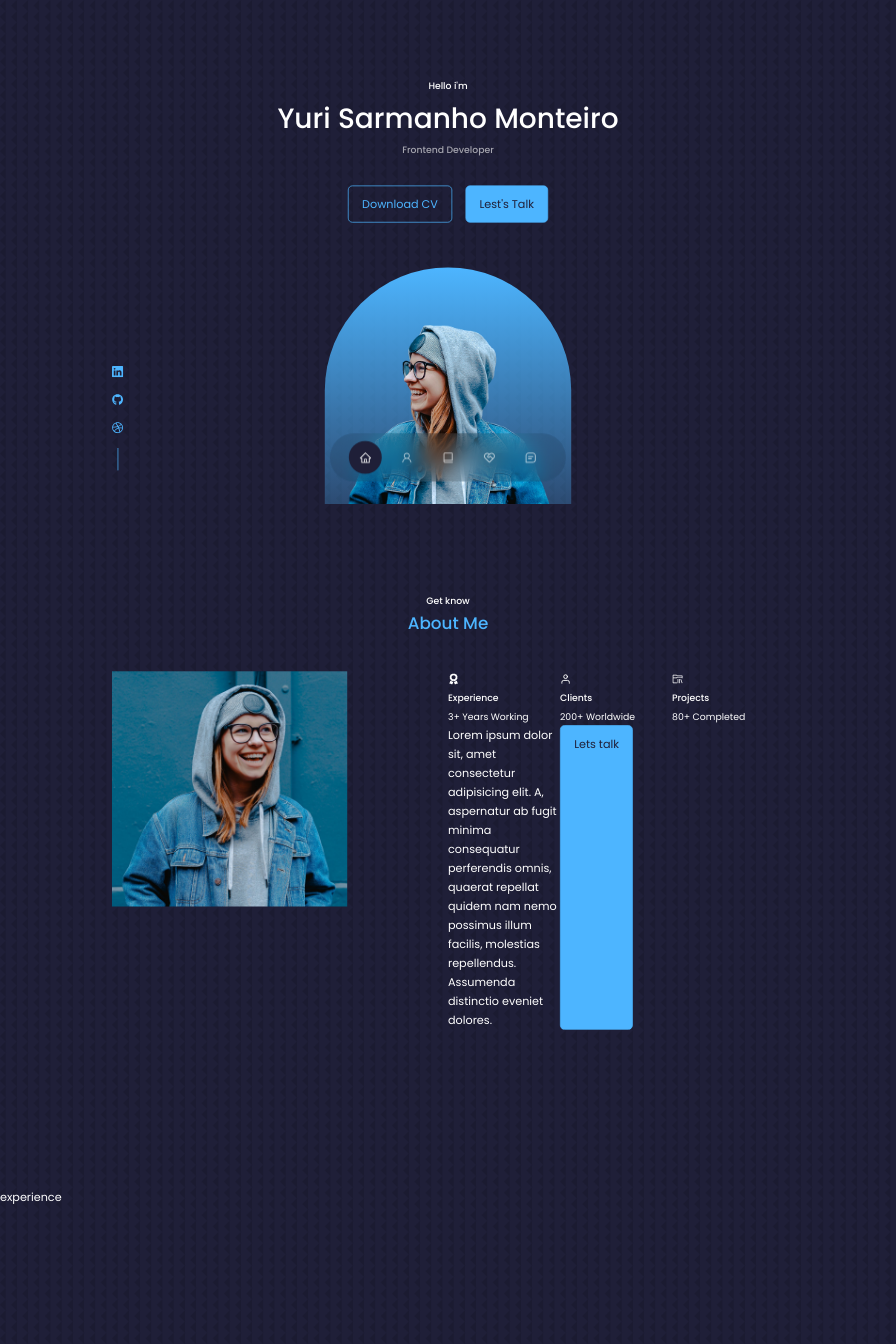
Repository: YuriSarmanho/Portifolio-
Page: / (app in portifolio/)
These files come from the project's save history. The page is drawn as it stood at one moment and after a run of saves; the edit follows.
The browser window is 1280 px wide. The pictures show the part of the page from y = 0 to 1920 px (the page is 5835 px tall), at 70% of full size.
The project was rebuilt for these pictures with package versions that can differ from the ones it lists, and the page was loaded fresh each time. Also part of the build but not shown: portifolio/src/Components/Contact/Contact.css, portifolio/src/Components/Testimonials/Testimonials.css. Imported but missing from the stored project, and not drawn on this page: portifolio/src/assets/cv.pdf.

Above is the page before, as saved 2022-05-13 15:05:01.

### portifolio/public/index.html
<!DOCTYPE html>
<html lang="pt-br">
<head>
    <meta charset="UTF-8">
    <meta http-equiv="X-UA-Compatible" content="IE=edge">
    <meta name="viewport" content="width=device-width, initial-scale=1.0">
    <title>Yuri Sarmanho Monteiro</title>
</head>
<body>
    <div id="root"></div>
</body>
</html>

### portifolio/src/index.js
import ReactDOM from 'react-dom'
import App from './App'

ReactDOM.render(<App/>, document.querySelector("#root"))

### portifolio/src/App.jsx
import React from "react";
import './index.css'

import Header from "./Components/Header/Header";
import About from "./Components/About/About";
import Contact from "./Components/Contact/Contact";
import Experience from "./Components/Experience/Experience";
import Footer from "./Components/Footer/Footer";
import Nav from "./Components/Nav/Nav";
import Testimonials from "./Components/Testimonials/Testimonials";
import Service from "./Components/Service/Service";
import Portifolio from "./Components/Portifolio/Portifolio";



const App = () => {
  return (
    <>
      <Header />
      <Nav/>
      <About />
      <Experience/>
      <Service/>
      <Portifolio/>
      <Testimonials/>
      <Contact/>
      <Footer/>
    </>
  );
};

export default App;

### portifolio/src/index.css
@import url('https://fonts.googleapis.com/css2?family=Poppins:wght@300;400;500;600&display=swap');

* {
  margin: 0;
  padding: 0;
  border: 0;
  outline: 0;
  box-sizing: border-box;
  list-style: none;
  text-decoration: none;
}
:root {
  --color-bg: #1f1f38;
  --color-bg-variant: #2c2c6c;
  --color-primary: #4db5ff;
  --color-primary-variant: rgba(77, 181, 255, 0.4);
  --color-white: #fff;
  --color-light: rgba(255, 255, 255, 0.6);

  --transition: all 400ms ease;

  --container-width-lg: 75%;
  --container-width-md: 86%;
  --container-width-sm: 90%;
}
html {
  scroll-behavior: smooth;
}
::-webkit-scrollbar {
  display: none;
}

body {
  font-family: "Poppins", sans-serif;
  background-color: var(--color-bg);
  color: var(--color-white);
  line-height: 1.7;
  background-image: url(../src/assets/bg-texture.png);
}

.container {
  width: var(--container-width-lg);
  margin: 0 auto;
}

h1,
h2,
h3,
h4,
h5 {
  font-weight: 500;
}
h1 {
  font-size: 2.5rem;
}
section {
  margin-top: 8rem;
  height: 100vh;
}
section > h2,
section > h5 {
  text-align: center;
  color: var(--color-ligth);
}

section > h2 {
  color: var(--color-primary);
  margin-bottom: 3rem;
}

.text-light {
  color: var(--color-light);
}
a {
  color: var(--color-primary);
  transition: var(--transition);
}
a:hover{
    color: var(--color-white);
}
.btn{
    width: max-content;
    display: inline-block;
    color: var(--color-primary);
    padding: 0.75rem 1.2rem;
    border-radius: 0.4rem;
    cursor: pointer;
    border: 1px solid var(--color-primary);
    transition: var(--transition);
}

.btn:hover{
    background-color: var(--color-white);
    color: var(--color-bg);
    border: transparent;
}

.btn-primary{
    background-color: var(--color-primary);
    color: var(--color-bg);
}

img{
  display: block;
  width: 100%;
  object-fit: cover;
}

/*MEDIUM DEVICE*/
@media screen and (max-width:1024px){
    .container{
        width: var(--container-width-md);
    }
    section{
        margin-top: 6rem;
    }
}

/*SMALL DEVICE*/
@media screen and (max-width:600px){
    .container{
        width: var(--container-width-sm);
    }
    section > h2{
        margin-bottom: 2rem;
    }
}

### portifolio/src/Components/Header/Header.jsx
import React from 'react'
import CTA from './CTA'
import ME from '../../assets/me.png'
import HeaderSocials from './HeaderSocials'
import './Header.css'

const header = () => {
  return (
    <header>
      <div className="container header__container">
        <h5>Hello i'm</h5>
        <h1>Yuri Sarmanho Monteiro</h1>
        <h5 className="text-light">Frontend Developer</h5>
        <CTA />
        <HeaderSocials/>
        <div className="me">
          <img src={ME} alt="foto de perfil" />
        </div>
      </div>
    </header>
  )
}

export default header

### portifolio/src/Components/About/About.jsx
import React from "react";
import ME from "../../assets/me-about.jpg";
import { FaAward } from "react-icons/fa";
import { FiUser } from "react-icons/fi";
import { VscFolderLibrary } from "react-icons/vsc";
import "./About.css";

const About = () => {
  return (
    //refactor
    <section id="about">
      <h5>Get know</h5>
      <h2>About Me</h2>

      <div className="container about__container">
        <div className="about__me">
          <div className="about__me-image">
            <img src={ME} alt="minha foto" />
          </div>
        </div>

        <div className="about__content">
          <div className="about__cards">
            <article className="about__card">
              <FaAward className="about__icon" />
              <h5>Experience</h5>
              <small>3+ Years Working</small>
            </article>

            <article className="about__card">
              <FiUser className="about__icon" />
              <h5>Clients</h5>
              <small>200+ Worldwide</small>
            </article>

            <article className="about__card">
              <VscFolderLibrary className="about__icon" />
              <h5>Projects</h5>
              <small>80+ Completed</small>
            </article>
            <p>
              Lorem ipsum dolor sit, amet consectetur adipisicing elit. A,
              aspernatur ab fugit minima consequatur perferendis omnis, quaerat
              repellat quidem nam nemo possimus illum facilis, molestias
              repellendus. Assumenda distinctio eveniet dolores.
            </p>
            <a href="#contact" className="btn btn-primary">
              Lets talk
            </a>
          </div>
        </div>
      </div>
    </section>
  );
};

export default About;

### portifolio/src/Components/Contact/Contact.jsx
import React from 'react'
import './Contact.css'
const Contact = () => {
  return (
    <section id='contact'>Contact</section>
  )
}

export default Contact

### portifolio/src/Components/Experience/Experience.jsx
import React from 'react'

const experience = () => {
  return (
    <section id='experience'>experience</section>
  )
}

export default experience

### portifolio/src/Components/Nav/Nav.jsx
import React, { useState } from "react";
import { AiOutlineHome } from "react-icons/ai";
import { AiOutlineUser } from "react-icons/ai";
import { BiBookAlt } from "react-icons/bi";
import { RiServiceLine } from "react-icons/ri";
import { BiMessageSquareDetail } from "react-icons/bi";
import "./Nav.css";

const Nav = () => {
  const [activeNav, setActiveNav] = useState("#");
  //Refatorar essa parte dps que acabar o projeto
  return (
    <nav>
      <a
        href="#"
        onClick={() => setActiveNav("#")}
        className={activeNav === "#" ? "active" : ""}
      >
        <AiOutlineHome />
      </a>
      <a
        href="#about"
        onClick={() => setActiveNav("#about")}
        className={activeNav === "#about" ? "active" : ""}
      >
        <AiOutlineUser />
      </a>
      <a
        href="#experience"
        onClick={() => setActiveNav("#experience")}
        className={activeNav === "#experience" ? "active" : ""}
      >
        <BiBookAlt />
      </a>
      <a
        href="#service"
        onClick={() => setActiveNav("#service")}
        className={activeNav === "#service" ? "active" : ""}
      >
        <RiServiceLine />
      </a>
      <a
        href="#contact"
        onClick={() => setActiveNav("#contact")}
        className={activeNav === "#contact" ? "active" : ""}
      >
        <BiMessageSquareDetail />
      </a>
    </nav>
  );
};

export default Nav;

### portifolio/src/Components/Testimonials/Testimonials.jsx
import React from 'react'
import './Testimonials.css'
const Testimonials = () => {
  return (
    <section id='testimonials'>Testimonials</section>
  )
}

export default Testimonials

### portifolio/src/Components/Service/Service.jsx
import React from 'react'

const Service = () => {
  return (
    <section id='service'>Service</section>
  )
}

export default Service

### portifolio/src/Components/Portifolio/Portifolio.jsx
import React from 'react'
import './Portifolio.css'
const Portifolio = () => {
  return (
    <section>Portifolio</section>
  )
}

export default Portifolio

### portifolio/src/Components/Header/CTA.jsx
import React from 'react'
import CV from '../../assets/cv.pdf'
const CTA = () => {
  return (
    <div className="cta">
        <a href={CV} download className='btn'>Download CV</a>
        <a href='#contact' className='btn btn-primary'>Lest's Talk</a>
    </div>
  )
}

export default CTA

### portifolio/src/Components/Header/HeaderSocials.jsx
import React from 'react'
import {BsLinkedin} from 'react-icons/bs'
import {FaGithub} from 'react-icons/fa'
import {FaDribbble} from 'react-icons/fa'
import './Header.css'

const HeaderSocials  = () => {
  return (
      <div className="header__socials">
          <a href="http://linkedin.com" target="_blank"><BsLinkedin/></a>
          <a href="http://github.com" target="_blank"><FaGithub/></a>
          <a href="http://dribbble.com" target="_blank"><FaDribbble/></a>
      </div>
  )
}

export default HeaderSocials

### portifolio/src/Components/Header/Header.css
header {
  height: 100vh;
  padding-top: 7rem;
  overflow: hidden;
}

.header__container {
  text-align: center;
  height: 100%;
  position: relative;
}

.cta {
  margin-top: 2.5rem;
  display: flex;
  gap: 1.2rem;
  justify-content: center;
}
.header__socials {
  display: flex;
  flex-direction: column;
  align-items: center;
  gap: 0.8rem;
  position: absolute;
  left: 0;
  bottom: 3rem;
}

.header__socials::after {
  content: "";
  width: 1px;
  height: 2rem;
  background-color: var(--color-primary);
}

.me {
  background: linear-gradient(var(--color-primary), transparent);
  width: 22rem;
  height: 30rem;
  position: absolute;
  left: calc(50% - 11rem);
  margin-top: 4rem;
  border-radius: 12rem 12rem 0 0;
  overflow: hidden;
  padding: 5rem 1.5rem 1.5rem 1.5rem;
}

.scroll__down {
  position: absolute;
  right: -2.3rem;
  bottom: 5rem;
  transform: rotate(90deg);
  font-weight: 300;
  font-size: 0.9rem;
}

/*MEDIUM DEVICE*/
@media screen and (max-width: 1024px) {
  header {
    height: 68vh;
  }
}

/*SMALL DEVICE*/
@media screen and (max-width: 600px) {
  header {
    height: 100vh;
  }
  .header__socials,
  .scroll__down {
    display: none;
  }
}

### portifolio/src/Components/About/About.css
.about__container {
  display: grid;
  grid-template-columns: 35% 50%;
  gap: 15%;
}

.about__me {
  width: 100%;
  aspect-ratio: 1/1;
  border-radius: 2rem;
  background: linear-gradient(
    45deg,
    transparent,
    var(--color-primary),
    transparent
  );
  display: grid;
  place-content: center;
}

.aboutme__me-image{
    border-radius: 2rem;
    overflow: hidden;
    transform: rotate(10deg);
    transition: var(--transition);
}

.about__me-image:hover{
    transform: rotate(0);
}
.about__cards{
    display: grid;
    grid-template-columns: repeat(3,1fr);
}

### portifolio/src/Components/Nav/Nav.css
nav {
  background-color: rgba(0, 0, 0, 0.1);
  width: max-content;
  display: block;
  padding: 0.7rem 1.7rem;
  z-index: 2;
  position: fixed;
  left: 50%;
  transform: translate(-50%);
  bottom: 2rem;
  display: flex;
  gap: 0.8rem;
  border-radius: 3rem;
  backdrop-filter: blur(15px);
}

nav a {
  background: transparent;
  padding: 0.9rem;
  border-radius: 50%;
  display: flex;
  color: var(--color-light);
  font-size: 1.1rem;
}

nav a:hover {
  background-color: rgba(0, 0, 0, 0.3);
}

nav a.active {
  background: var(--color-bg);
  color: var(--color-white);
}

Loaded but not shown: portifolio/src/Components/Footer/Footer.jsx (common file); portifolio/src/Components/Portifolio/Portifolio.css (no stored copy; drawn as an empty file)

After the next 7 saves:
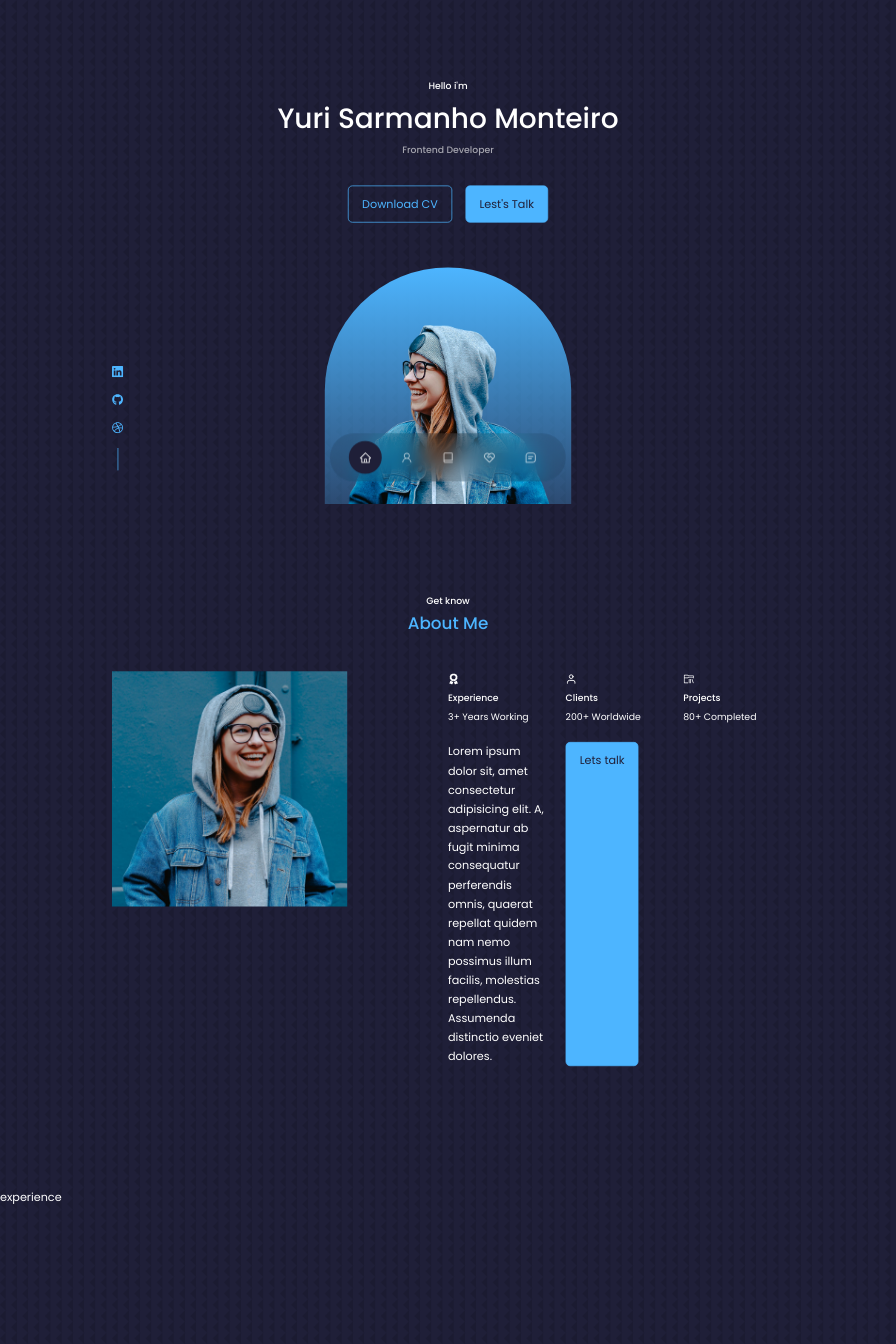
The 7 saves are shown as one change because they came seconds apart.
The last was saved 20 s later.
--- a/portifolio/src/Components/About/About.css
+++ b/portifolio/src/Components/About/About.css
@@ -18,17 +18,21 @@
   place-content: center;
 }
 
-.aboutme__me-image{
-    border-radius: 2rem;
-    overflow: hidden;
-    transform: rotate(10deg);
-    transition: var(--transition);
+.aboutme__me-image {
+  border-radius: 2rem;
+  overflow: hidden;
+  transform: rotate(10deg);
+  transition: var(--transition);
 }
 
-.about__me-image:hover{
-    transform: rotate(0);
+.about__me-image:hover {
+  transform: rotate(0);
 }
-.about__cards{
-    display: grid;
-    grid-template-columns: repeat(3,1fr);
+.about__cards {
+  display: grid;
+  grid-template-columns: repeat(3, 1fr);
+  gap: 1.5rem;
 }
+
+.about__card {
+}
